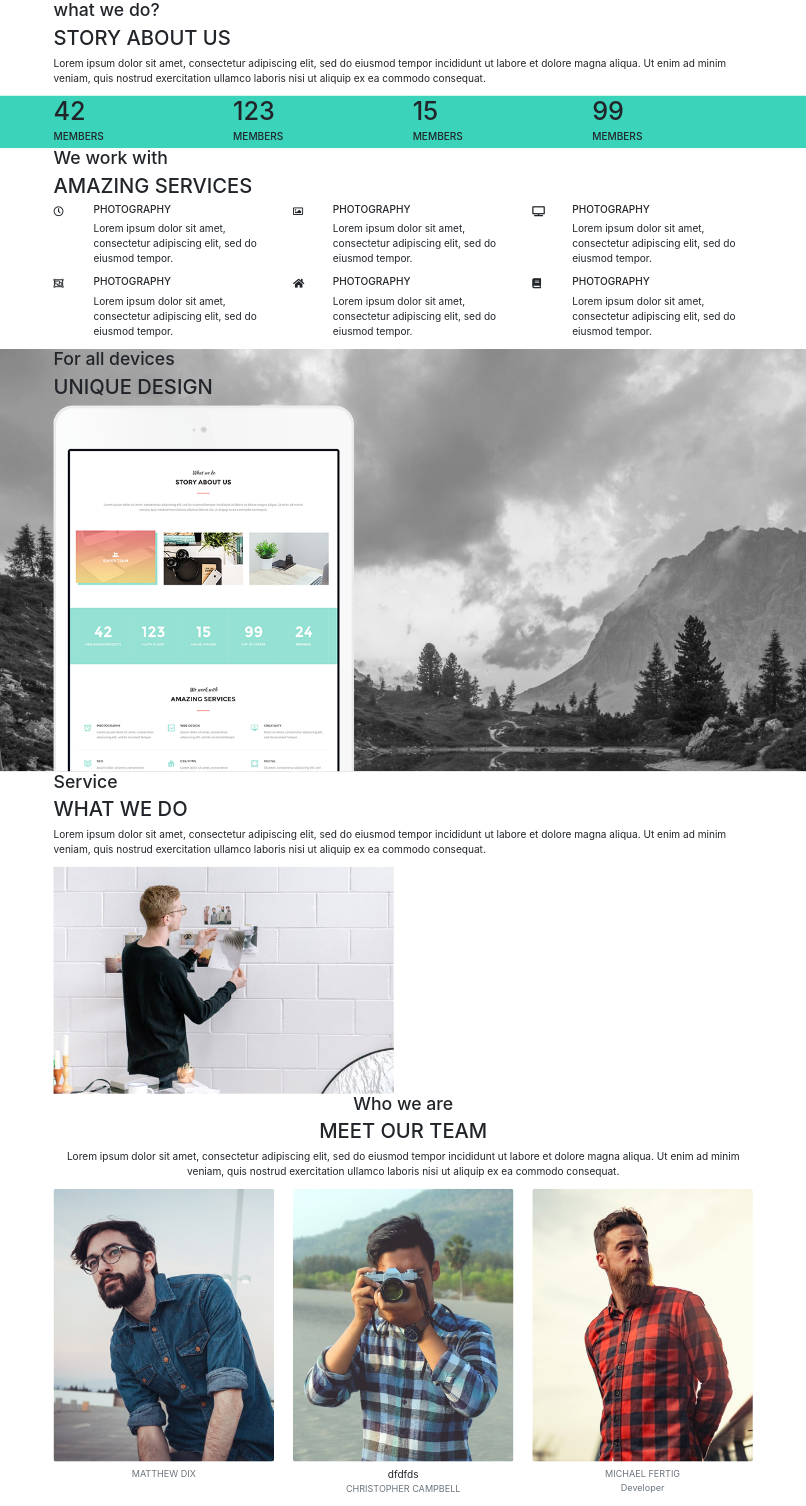
Repository: nourabdelhakam/MoGo-template
Page: index.html
The author's editor kept a copy of each file at every save. The page is drawn from the files as they stood at one save, then again after the next save.
The browser window is 1280 px wide. The pictures show the whole page, at 63% of full size.
Some web libraries are served in a nearby version. The style sheet was rebuilt from its Sass, Less or Tailwind sources for each picture, by a compiler version that may differ from the author's.

Above is the page before, as saved 2021-02-21 20:14:59.

### index.html
<!DOCTYPE html>
<html lang="en">
<head>
    <meta charset="UTF-8">
    <meta name="viewport" content="width=device-width, initial-scale=1.0">
    <link rel="stylesheet" href="https://cdnjs.cloudflare.com/ajax/libs/font-awesome/5.8.2/css/all.min.css" crossorigin="anonymous" />
    <title>Document</title>
    <link rel="stylesheet" href="css/bootstrap.min.css">
    <link rel="stylesheet" href="sass/main.css">
</head>
<body>
    <!-- WHAT WE DO------------------------------------- -->
    <section>
        <div class="container">
            <h3>what we do?</h3>
            <h2>STORY ABOUT US</h2>
            <p>Lorem ipsum dolor sit amet, consectetur adipiscing elit, sed do eiusmod tempor incididunt ut labore et dolore magna aliqua. Ut enim ad minim veniam, quis nostrud exercitation ullamco laboris nisi ut aliquip ex ea commodo consequat.</p>
            <div class="row"></div>
        </div>
    </section>
    <!--ENd WHAT WE DO------------------------------------- -->

    <!--STATISTICS------------------------------------- -->
    <section class="statistices">
        <div class="container">
            <div class="row">
                <div class="col">
                    <h1>42</h1>
                    <h6>MEMBERS</h6>
                </div>
                <div class="col">
                    <h1>123</h1>
                    <h6>MEMBERS</h6>
                </div>
                <div class="col">
                    <h1>15</h1>
                    <h6>MEMBERS</h6>
                </div>
                <div class="col">
                    <h1>99</h1>
                    <h6>MEMBERS</h6>
                </div>
            </div>
        </div>
    </section>
    <!--END OF STATISTICS------------------------------------- -->

    <!-- We work with -------------------------------------------->
    <section>
        <div class="container">
            <h3>We work with</h3>
            <h2>AMAZING SERVICES</h2>
            <div class="row">

                <div class="col-xl-4 col-md-4 col-sm-12 col-xs-12">
                    <div class="row">
                        <div class="col-2"><i class="far fa-clock"></i></div>
                        <div class="col-10">
                            <h6>PHOTOGRAPHY</h6>
                            <p>Lorem ipsum dolor sit amet, consectetur adipiscing elit, sed do eiusmod tempor.</p>
                        </div>
                    </div>
                </div>

                <div class="col-xl-4 col-md-4 col-sm-12 col-xs-12">
                    <div class="row">
                        <div class="col-2"><i class="far fa-image"></i></div>
                        <div class="col-10">
                            <h6>PHOTOGRAPHY</h6>
                            <p>Lorem ipsum dolor sit amet, consectetur adipiscing elit, sed do eiusmod tempor.</p>
                        </div>
                    </div>
                </div>

                <div class="col-xl-4 col-md-4 col-sm-12 col-xs-12">
                    <div class="row">
                        <div class="col-2"><i class="fas fa-tv"></i></div>
                        <div class="col-10">
                            <h6>PHOTOGRAPHY</h6>
                            <p>Lorem ipsum dolor sit amet, consectetur adipiscing elit, sed do eiusmod tempor.</p>
                        </div>
                    </div>
                </div>

                <div class="col-xl-4 col-md-4 col-sm-12 col-xs-12">
                    <div class="row">
                        <div class="col-2"><i class="far fa-object-group"></i></div>
                        <div class="col-10">
                            <h6>PHOTOGRAPHY</h6>
                            <p>Lorem ipsum dolor sit amet, consectetur adipiscing elit, sed do eiusmod tempor.</p>
                        </div>
                    </div>
                </div>

                <div class="col-xl-4 col-md-4 col-sm-12 col-xs-12">
                    <div class="row">
                        <div class="col-2"><i class="fas fa-home"></i></div>
                        <div class="col-10">
                            <h6>PHOTOGRAPHY</h6>
                            <p>Lorem ipsum dolor sit amet, consectetur adipiscing elit, sed do eiusmod tempor.</p>
                        </div>
                    </div>
                </div>

                <div class="col-xl-4 col-md-4 col-sm-12 col-xs-12">
                    <div class="row">
                        <div class="col-2"><i class="fas fa-book"></i></div>
                        <div class="col-10">
                            <h6>PHOTOGRAPHY</h6>
                            <p>Lorem ipsum dolor sit amet, consectetur adipiscing elit, sed do eiusmod tempor.</p>
                        </div>
                    </div>
                </div>
            </div>
        </div>
    </section>
    <!-- end of We work with -------------------------------------------->

    <!-- For all devices------------------------------------------------- -->
    <section class="uniqe_design">
        <div class="container">
            <h3>For all devices</h3>
            <h2>UNIQUE DESIGN</h2>
            <img class="img-fluid" src="./assets/img/device1.png" alt="">
        </div>
    </section>
    <!-- END OF For all devices------------------------------------------------- -->

    <!-- WHAT WE DO -->
    <section>
        <div class="container">
            <h3>Service</h3>
            <h2>WHAT WE DO</h2>
            <p>Lorem ipsum dolor sit amet, consectetur adipiscing elit, sed do eiusmod tempor incididunt ut labore et dolore magna aliqua. Ut enim ad minim veniam, quis nostrud exercitation ullamco laboris nisi ut aliquip ex ea commodo consequat.</p>
            <div class="row">
                <div class="col-xl-6 col-md-6 col-sm-12 col-xs-12"><img class="img-fluid" src="./assets/img/doservice.jpg" alt=""></div>
                <div class="col-xl-6 col-md-6 col-sm-12 col-xs-12"></div>
            </div>
        </div>
    </section>
    <!-- END OF WHAT WE DO --------------------------------------------------->

    <!-- jone doe -->
    <!-- jone doe -->


    <!-- Who we are -->
    <secstion class="text-center">
        <div class="container">
            <h3>Who we are</h3>
            <h2>MEET OUR TEAM</h2>
            <p>Lorem ipsum dolor sit amet, consectetur adipiscing elit, sed do eiusmod tempor incididunt ut labore et dolore magna aliqua. Ut enim ad minim veniam, quis nostrud exercitation ullamco laboris nisi ut aliquip ex ea commodo consequat.</p>
            <div class="row">
                <div class="col-xl-4 col-md-4 col-sm-12 col-xs-12">
                    <figure class="figure">
                        <img src="./assets/img/team1.jpg" class="figure-img img-fluid rounded" alt="...">
                        <figcaption class="figure-caption text-center">MATTHEW DIX</figcaption>
                    </figure>
                </div>

                <div class="col-xl-4 col-md-4 col-sm-12 col-xs-12">
                    <figure class="figure">
                        <img src="./assets/img/team2.jpg" class="figure-img img-fluid rounded" alt="...">
                        <span>dfdfds</span>
                        <figcaption class="figure-caption text-center">CHRISTOPHER CAMPBELL</figcaption>
                    </figure>
                </div>

                <div class="col-xl-4 col-md-4 col-sm-12 col-xs-12">
                    <figure class="figure">
                        <img src="./assets/img/team3.jpg" class="figure-img img-fluid rounded" alt="...">
                        <figcaption class="figure-caption text-center">MICHAEL FERTIG</figcaption>
                        <figcaption class="figure-caption text-center text-muted">Developer</figcaption>
                    </figure>
                </div>

            </div>
        </div>
    </secstion>
    <!-- Who we are -->
   <!----------------------.------------------------------------------- -- -->
   <script src="js/jquery-3.5.1.slim.min.js"></script>
   <script src="js/popper.min.js"></script>

   <script src="js/bootstrap.min.js"></script>
</body>
</html>

### sass/main.scss
body {
    background-color: #FFFFFF;

}
.statistices {
    background-color: #3BD3BA;
}
.uniqe_design {
    background-image: url(../assets/img/divicebg.jpg);
}

Loaded but not shown: css/bootstrap.min.css (library); js/jquery-3.5.1.slim.min.js (library); js/popper.min.js (library); js/bootstrap.min.js (library)

After the next save:
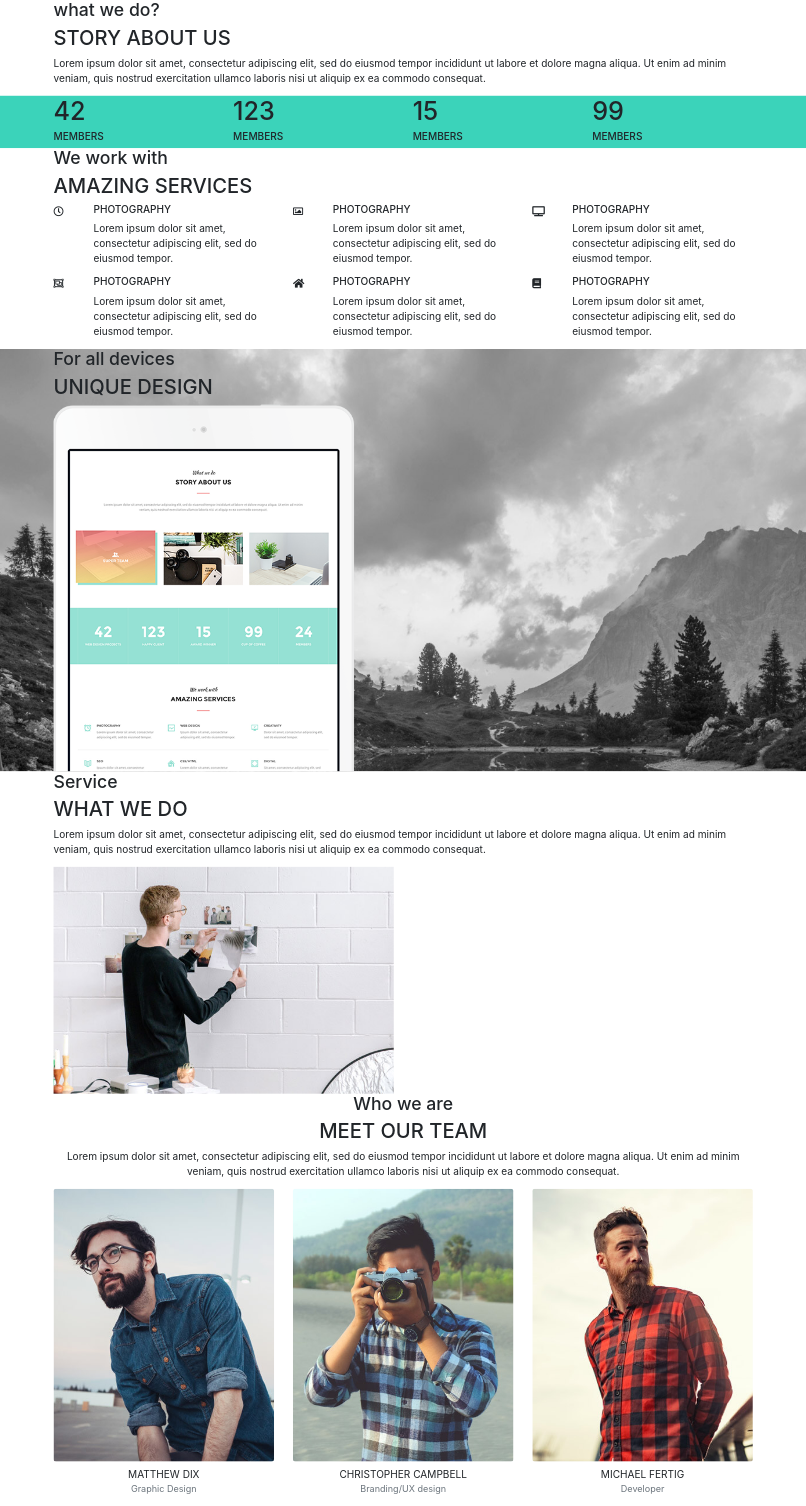
Saved 84 s later.
--- a/index.html
+++ b/index.html
@@ -154,22 +154,23 @@
                 <div class="col-xl-4 col-md-4 col-sm-12 col-xs-12">
                     <figure class="figure">
                         <img src="./assets/img/team1.jpg" class="figure-img img-fluid rounded" alt="...">
-                        <figcaption class="figure-caption text-center">MATTHEW DIX</figcaption>
+                        <span>MATTHEW DIX</span>
+                        <figcaption class="figure-caption text-center">Graphic Design</figcaption>
                     </figure>
                 </div>
 
                 <div class="col-xl-4 col-md-4 col-sm-12 col-xs-12">
                     <figure class="figure">
                         <img src="./assets/img/team2.jpg" class="figure-img img-fluid rounded" alt="...">
-                        <span>dfdfds</span>
-                        <figcaption class="figure-caption text-center">CHRISTOPHER CAMPBELL</figcaption>
+                        <span>CHRISTOPHER CAMPBELL</span>
+                        <figcaption class="figure-caption text-center">Branding/UX design</figcaption>
                     </figure>
                 </div>
 
                 <div class="col-xl-4 col-md-4 col-sm-12 col-xs-12">
                     <figure class="figure">
                         <img src="./assets/img/team3.jpg" class="figure-img img-fluid rounded" alt="...">
-                        <figcaption class="figure-caption text-center">MICHAEL FERTIG</figcaption>
+                        <span>MICHAEL FERTIG</span>
                         <figcaption class="figure-caption text-center text-muted">Developer</figcaption>
                     </figure>
                 </div>
